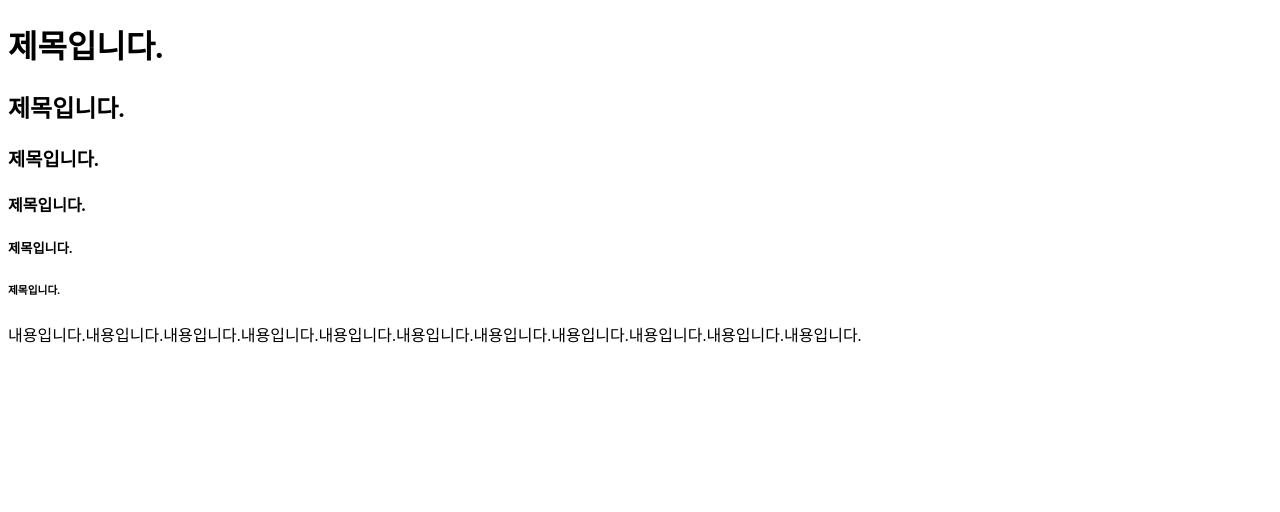
Repository: heoSuKyeong/client_Ssanyong
Page: ClientTest/src/main/webapp/html/ex07_heading.html
The author's editor kept a copy of each file at every save. The page is drawn from the files as they stood at one save, then again after the next save.
The browser window is 1280 px wide. The pictures show the whole page.

Above is the page before, as saved 2023-09-20 00:24:39.

After the next save:
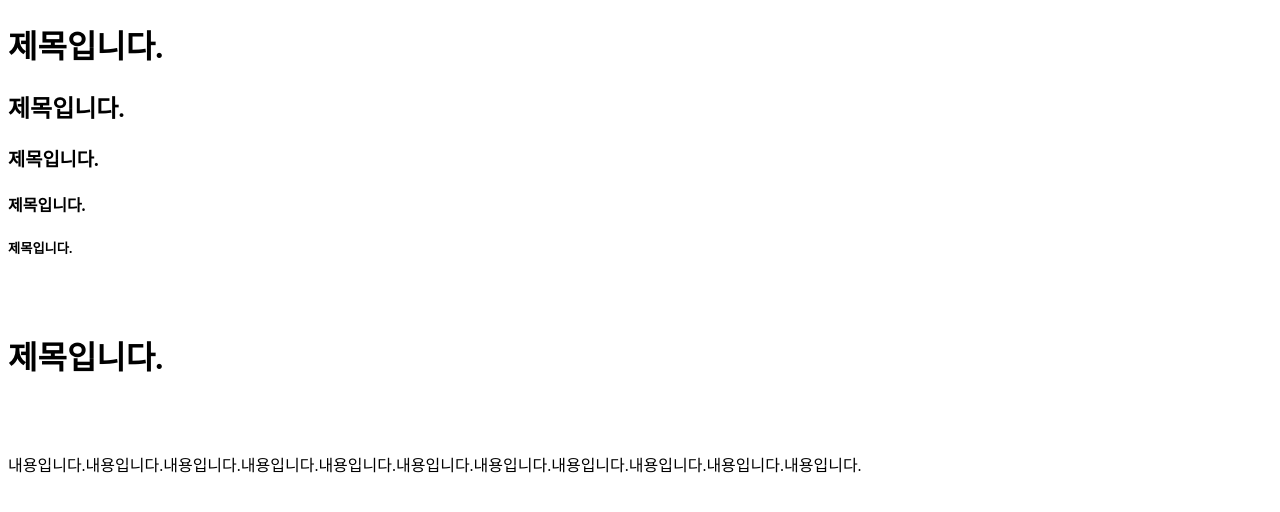
Saved 2 min 3 s later.
--- a/ClientTest/src/main/webapp/html/ex07_heading.html
+++ b/ClientTest/src/main/webapp/html/ex07_heading.html
@@ -10,7 +10,7 @@
 	<h3>제목입니다.</h3>
 	<h4>제목입니다.</h4>
 	<h5>제목입니다.</h5>
-	<h6>제목입니다.</h6>
+	<h6 style="font-size:24pt">제목입니다.</h6>
 	<p>내용입니다.내용입니다.내용입니다.내용입니다.내용입니다.내용입니다.내용입니다.내용입니다.내용입니다.내용입니다.내용입니다.</p>
 </body>
 </html>
@@ -25,4 +25,7 @@
 n에 1~6이 들어간다.
 쌍태그와 혼합형에 들어간다.
 
+***태그의 출력 결과는 중요하지 않다.
+화면에 어떻게 보이지는 그다지 중요하지 않다.
+화면은 CSS로 재정의를 한다.
  -->
